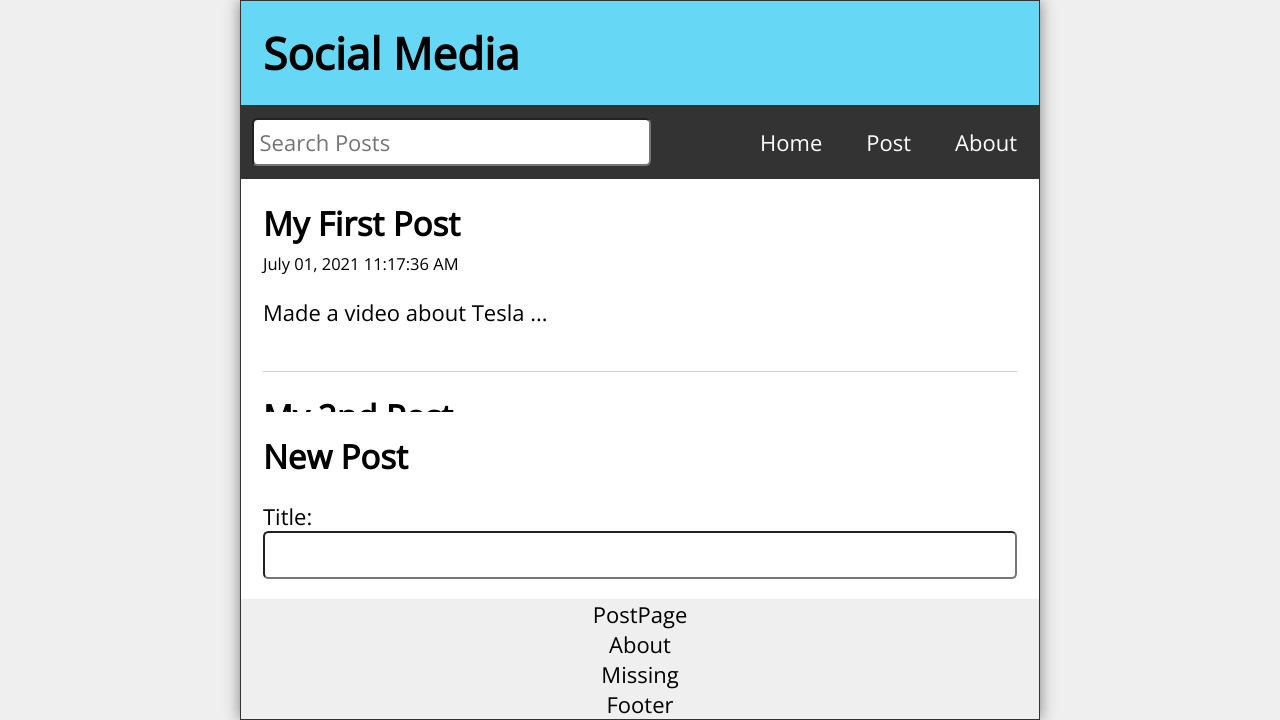
Repository: Kisho14/react_social_app_netlify
Page: /
These files come from the project's save history. The page is drawn as it stood at one moment and after the next save; the edit follows.
The browser window is 1280 px wide. The pictures show the whole page.
The project was rebuilt for these pictures with package versions that can differ from the ones it lists, and the page was loaded fresh each time.

Above is the page before, as saved 2024-02-06 10:40:45.

### src/App.js
import Header from './Header.js';
import Footer from './Footer.js';
import Nav from './Nav.js';
import Home from './Home.js';
import Missing from './Missing.js';
import NewPost from './NewPost.js';
import PostPage from './PostPage.js';
import About from './About.js';
import { useEffect, useState } from 'react';
import { format } from 'date-fns';

function App() {
  const [posts, setPosts] = useState([
    {
      id: 1,
      title: "My First Post",
      datetime: "July 01, 2021 11:17:36 AM",
      body: "Made a video about Tesla Q1 results"
    },
    {
      id: 2,
      title: "My 2nd Post",
      datetime: "July 01, 2021 11:17:36 AM",
      body: "I attended a DeFi blockchain event"
    },
    {
      id: 3,
      title: "My 3rd Post",
      datetime: "July 01, 2021 11:17:36 AM",
      body: "Web3 global summit next week"
    },
    {
      id: 4,
      title: "My Forth Post",
      datetime: "July 01, 2021 11:17:36 AM",
      body: "ETH will outperform BTC"
    }
  ])
  const [search, setSearch] = useState('')
  const [searchResults, setSearchResults] = useState([])
  const [postTitle, setPostTitle] = useState('');
  const [postBody, setPostBody] = useState('');

  useEffect(()=>{
    const filteredResults = posts.filter((post)=>
    ((post.body).toLowerCase()).includes(search.toLowerCase())
    || ((post.title).toLowerCase()).includes(search.toLowerCase()));

    setSearchResults(filteredResults.reverse());
  }, [posts, search])

  const handleSubmit = (e) => {
    e.preventDefault();
    const id = posts.length ? posts[posts.length - 1].id + 1: 1;
    const datetime = format(new Date(), 'MMMM dd, yyyy pp');
    const newPost = { id, title: postTitle, datetime, body: postBody };
    const allPosts = [...posts, newPost];
    setPosts (allPosts);
    setPostTitle('');
    setPostBody('');
    // navigate('/');
  }

  return (
    <div className="App">
      <Header title="Social Media"/>
      <Nav search={search} setSearch={setSearch}/>
      <Home posts={posts}/>
      <NewPost
        postTitle={postTitle}
        setPostTitle={setPostTitle}
        postBody={postBody}
        setPostBody={setPostBody}
        handleSubmit={handleSubmit}
      />
      <PostPage />
      <About />
      <Missing />
      <Footer />
    </div>
  );
}

export default App;

### src/Header.js
import React from 'react'

const Header = ({title}) => {
  return (
    <header className='Header'>
        <h1>{title}</h1>
    </header>

  )
}

export default Header

### src/Nav.js
import React from 'react'
import { Link } from 'react-router-dom'

const Nav = ({search, setSearch}) => {
  return (
    <nav className='Nav'>
        <form className='searchForm' onSubmit={(e) => e.preventDefault()}>
            <label htmlFor="search">Search Posts</label>
            <input type="text"
                id='search'
                placeholder='Search Posts'
                value={search}
                onChange={(e) => setSearch(e.target.value)}
            />
        </form>
        <ul>
            <li><Link to='/'>Home</Link></li>
            <li><Link to='post'>Post</Link></li>
            <li><Link to='about'>About</Link></li>
        </ul>
    </nav>
  )
}

export default Nav

### src/Home.js
import React from 'react'
import Feed from './Feed'

const Home = ({posts}) => {
  return (
    <main className='Home'>
        {posts.length ?
        (<Feed posts={posts} />) :
        (<p style={{marginTop:'2rem'}}>No posts to display.</p>)
        }
    </main>
  )
}

export default Home

### src/Missing.js
import React from 'react'

const Missing = () => {
  return (
    <div>Missing</div>
  )
}

export default Missing

### src/NewPost.js
import React from 'react'

const NewPost = ({handleSubmit, postTitle, setPostTitle, postBody, setPostBody}) => {
  return (
    <main className='NewPost'>
        <h2>New Post</h2>
        <form className="newPostForm" onsubmit={handleSubmit}>
        <label htmlFor="postTitle">Title:</label>
        <input id="postTitle"
            type="text"
            required
            value={postTitle}
            onChange={(e) => setPostTitle(e.target.value)}
        />
        <label htmlFor="postBody">Post:</label>
        <textarea
            id="postBody"
            required
            value={postBody}
            onChange={(e) => setPostBody(e.target.value)}
        />
        <button type='submit'>Submit</button>
        </form>
    </main>
  )
}


export default NewPost

### src/Feed.js
import React from 'react'
import Post from './Post'

const Feed = ({posts}) => {
  return (
    <>
        {posts.map(post => (
            <Post Key={post.id} post={post} />
        ))}
    </>
  )
}

export default Feed

### src/Post.js
import React from 'react'

const Post = ({post}) => {
  return (
    <article className='post'>
        <h2>{post.title}</h2>
        <p className='postDate'>{post.datetime}</p>
        <p className='postBody'>{
            (post.body).length <= 25 ? post.body : `${(post.body).slice(0,25)}...`
        }</p>
    </article>
  )
}

export default Post

Loaded but not shown: public/index.html (common file); src/index.js (common file); src/index.css (common file); src/Footer.js (common file); src/PostPage.js (common file); src/About.js (common file)

After the next save:
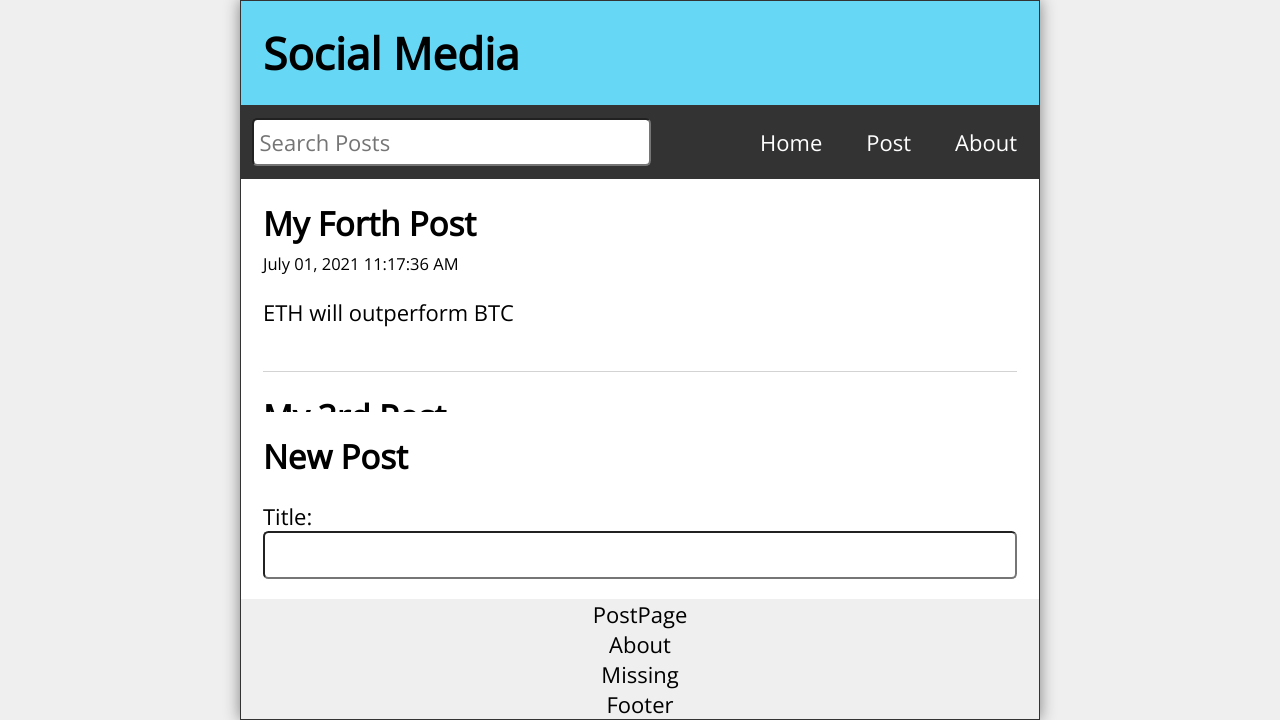
Saved 6 min 52 s later.
--- a/src/App.js
+++ b/src/App.js
@@ -65,7 +65,7 @@ function App() {
     <div className="App">
       <Header title="Social Media"/>
       <Nav search={search} setSearch={setSearch}/>
-      <Home posts={posts}/>
+      <Home posts={searchResults}/>
       <NewPost
         postTitle={postTitle}
         setPostTitle={setPostTitle}
